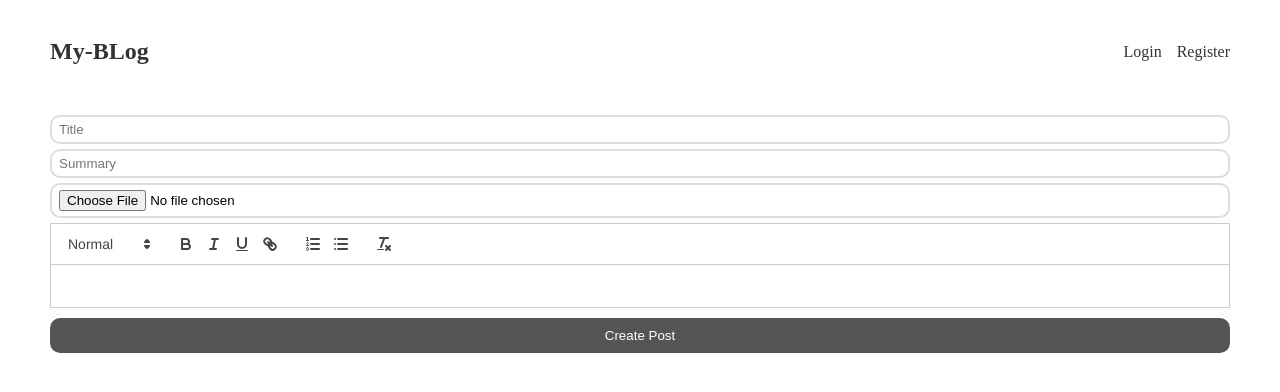
Repository: Attar786/mernblog
Page: /create (app in client/)
These files come from the project's save history. The page is drawn as it stood at one moment and after the next save; the edit follows.
The browser window is 1280 px wide. The pictures show the whole page.
The page's requests for data from a server got no answer. The project was rebuilt for these pictures with package versions that can differ from the ones it lists, and the page was loaded fresh each time. No one was signed in, and anything a server would have sent is missing. Also part of the build but not shown: client/vite.config.js, client/src/components/Post.jsx, client/src/pages/IndexPage.jsx, client/src/pages/LoginPage.jsx, client/src/pages/RegisterPage.jsx, client/src/index.css.

Above is the page before, as saved 2024-08-30 16:10:39.

### client/src/main.jsx
import { StrictMode } from 'react'
import { createRoot } from 'react-dom/client'
import App from './App.jsx'
import './index.css'
import { BrowserRouter } from 'react-router-dom'

createRoot(document.getElementById('root')).render(
  <StrictMode>
    <BrowserRouter>
    <App />
    </BrowserRouter>
  </StrictMode>
)

### client/src/App.jsx
import "./App.css";
import Layout from "./components/Layout";
import { Routes, Route } from 'react-router-dom';
import IndexPage from "./pages/IndexPage";
import LoginPage from "./pages/LoginPage";
import RegisterPage from "./pages/RegisterPage";
import { UserContextProvider } from "./UserContext";
import CreatePost from "./pages/CreatePost";

const App = () => {
  return (
    <UserContextProvider>
      <Routes>
        <Route path="/" element={<Layout />}>
          <Route index element={<IndexPage />} />
          <Route path="/login" element={<LoginPage />} />
          <Route path="/register" element={<RegisterPage />} />
          <Route path="/create" element={<CreatePost/>} />
        </Route>
      </Routes>
    </UserContextProvider>
  );
}

export default App;

### client/src/App.css
*{
  box-sizing: border-box;
}

main{
  padding: 10px;
  max-width: 1200px;
  margin: 0 auto;
}
img{
  max-width: 100%;
  height: auto;
}
header{
  display: flex;
  justify-content: space-between;
  margin-bottom: 50px;
  align-items: center;
  margin-top: 20px;
}

header a{
  text-decoration: none;
  color: #333;
}
header a.logo{
  font-weight:bold;
  font-size: 1.5rem;

}
header nav{
  display: flex;
  gap: 15px;
}
.post{
  display: grid;
  grid-template-columns: 0.9fr 1.1fr;
  gap: 20px;
  margin-bottom: 30px;
}
.texts h2{
  margin: 0;
  font-size: 1.4rem;
}
p.info{
  margin: 6px 0;
  color: #888;
  font-size: 0.7rem;
  font-weight: bold;
}
p.summary{
  margin: 0;
  line-height: 1.2rem;
}
p.info author{
  /* margin: 6px 0; */
  color: #333;
  /* font-size: 0.7rem; */
  font-weight: bold;
}

/* form pages styling */
form.login, form.register
{
  max-width: 400px;
  margin: 0 auto;
}
form input{
  display: block;
  width: 100%;
  margin-bottom: 5px;
  padding: 5px 7px;
  border: 2px solid #ddd;
  border-radius: 10px;
  background-color: #fff;

}
form button{
width: 100%;
border-radius: 10px;
background-color:#555;
border: none;
padding: 10px;
color: white;
cursor: pointer;
}
form.login h1, form.register h1{
  text-align: center;
}

### client/src/components/Layout.jsx
import { Outlet } from "react-router-dom"
import Header from "./Header"

const Layout = () => {
  return (
    <>
    <main>
        <Header/>
        <Outlet/>
    </main>
    </>
  )
}

export default Layout

### client/src/UserContext.jsx
import { createContext, useState } from "react";

export const UserContext = createContext({});

export function UserContextProvider({ children }) {
    const [userInfo, setUserInfo] = useState({});

    return (
        <UserContext.Provider value={{ userInfo, setUserInfo }}>
            {children}
        </UserContext.Provider>
    );
}

### client/src/pages/CreatePost.jsx
import ReactQuill from 'react-quill';
import 'react-quill/dist/quill.snow.css';


const CreatePost = () => {
  return (
    <form>
        <input type="text" name="" id="" placeholder="Title"/>
        <input type="text" name="" id="" placeholder="Summary"/>
        <input type="file" />
        <ReactQuill/>
        <button style={{marginTop:'10px'}}>Create Post</button>
        {/* <textarea name="" id="" cols={30} rows={10}></textarea> */}
    </form>
  )
}

export default CreatePost

### client/src/components/Header.jsx
import { Link } from "react-router-dom"
import { useContext, useEffect, useState } from "react"
import { UserContext } from "../UserContext";
const Header = () => {
const {setUserInfo, userInfo} = useContext(UserContext);
  useEffect(() => {
    fetch('http://localhost:5000/profile',{
      credentials: 'include',
    }).then(response => {
response.json().then(userInfo => {
  setUserInfo(userInfo);
})
    })
  }, []);

  function logout()
  {
    fetch('http://localhost:5000/logout',{
      method: 'POST',
      credentials: 'include',
    });
setUserInfo(null);
  }

  const username = userInfo?.username;


  return (
    <>
          <header>
          <Link to="/" className='logo'>My-BLog</Link>
<nav>
  {username && (
    <>
    <Link to="/create">Create New Post</Link>
    <a href="" onClick={logout}>Logout</a>
    </>
  )}
  {!username && (
    <>
    <Link to="/login">Login</Link>
  <Link to="/register">Register</Link>
    </>
  )}

</nav>
        </header>
    </>
  )
}

export default Header

Loaded but not shown: client/index.html (common file)

After the next save:
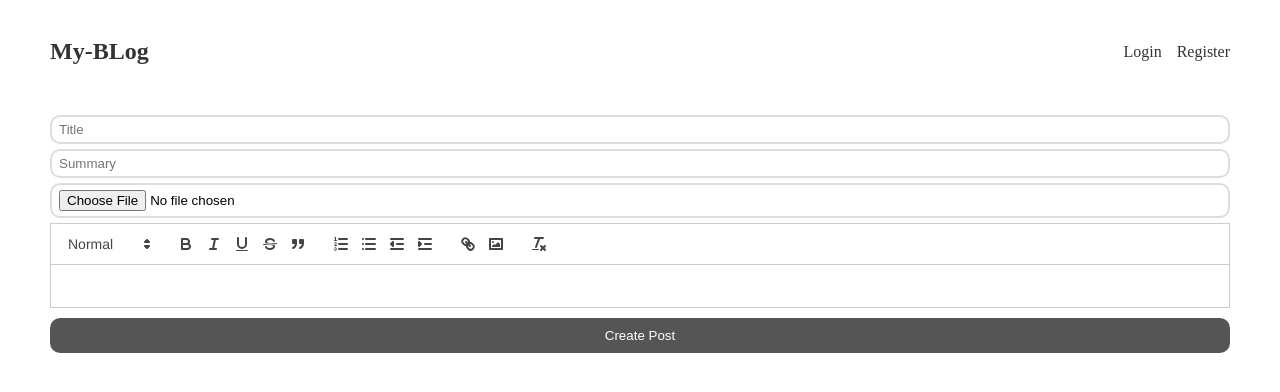
Saved 21 min 58 s later.
--- a/client/src/pages/CreatePost.jsx
+++ b/client/src/pages/CreatePost.jsx
@@ -1,14 +1,33 @@
+import { useState } from 'react';
 import ReactQuill from 'react-quill';
 import 'react-quill/dist/quill.snow.css';
 
 
 const CreatePost = () => {
+  const [title , setTitle] = useState('');
+  const [summary, setSummary] = useState('');
+  const [content, setContent] = useState('');
+  const modules = {
+    toolbar: [
+      [{ 'header': [1, 2, false] }],
+      ['bold', 'italic', 'underline','strike', 'blockquote'],
+      [{'list': 'ordered'}, {'list': 'bullet'}, {'indent': '-1'}, {'indent': '+1'}],
+      ['link', 'image'],
+      ['clean']
+    ],
+  };
+  const formats = [
+    'header',
+    'bold', 'italic', 'underline', 'strike', 'blockquote',
+    'list', 'bullet', 'indent',
+    'link', 'image'
+  ];
   return (
     <form>
         <input type="text" name="" id="" placeholder="Title"/>
         <input type="text" name="" id="" placeholder="Summary"/>
         <input type="file" />
-        <ReactQuill/>
+        <ReactQuill  value={content} modules={modules} formats={formats} />
         <button style={{marginTop:'10px'}}>Create Post</button>
         {/* <textarea name="" id="" cols={30} rows={10}></textarea> */}
     </form>
